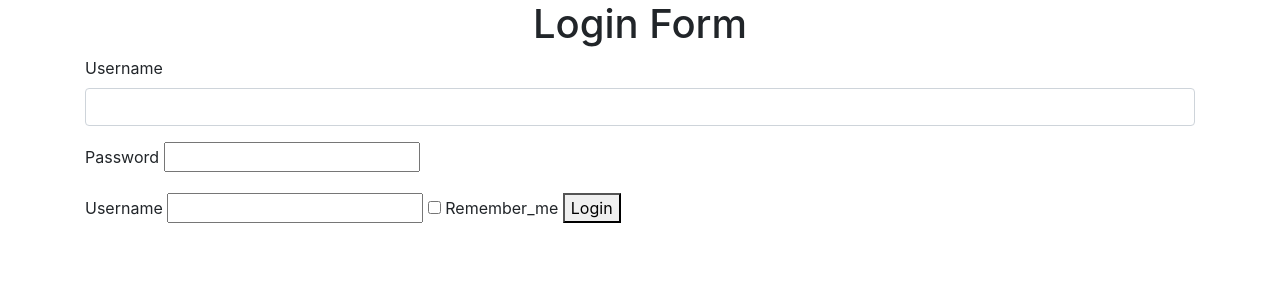
Repository: anhtu2110/front_end
Page: lesson/bootstrap/advance/5.9-form-basic.html
An editor plug-in stored every save of this project. The page is shown before and after the next save, followed by the edit.
The browser window is 1280 px wide. The pictures show the whole page.

Above is the page before, as saved 2022-12-08 13:31:17.

After the next save:
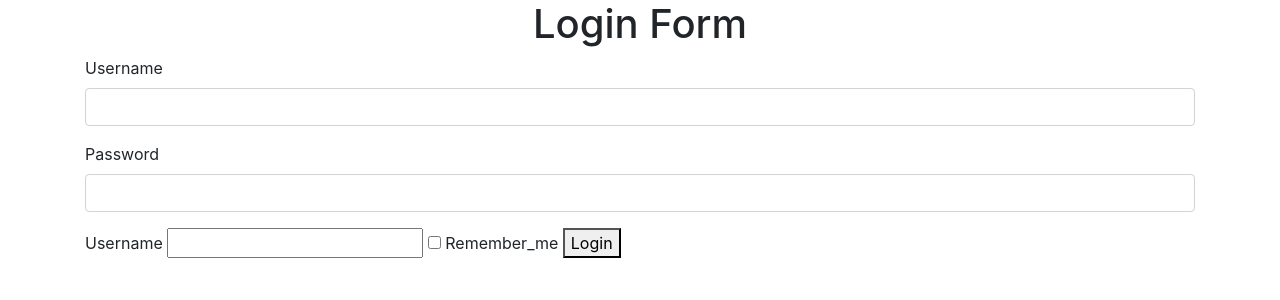
Saved 7 s later.
--- a/lesson/bootstrap/advance/5.9-form-basic.html
+++ b/lesson/bootstrap/advance/5.9-form-basic.html
@@ -19,7 +19,7 @@
             </div>
             <div class="form-group">
               <label for="password">Password</label>
-              <input type="password" name="password" id="password" />
+              <input type="password" class="form-control" name="password" id="password" />
             </div>
             <label for="username">Username</label>
             <input type="text" class="username" name="username" id="username" />
